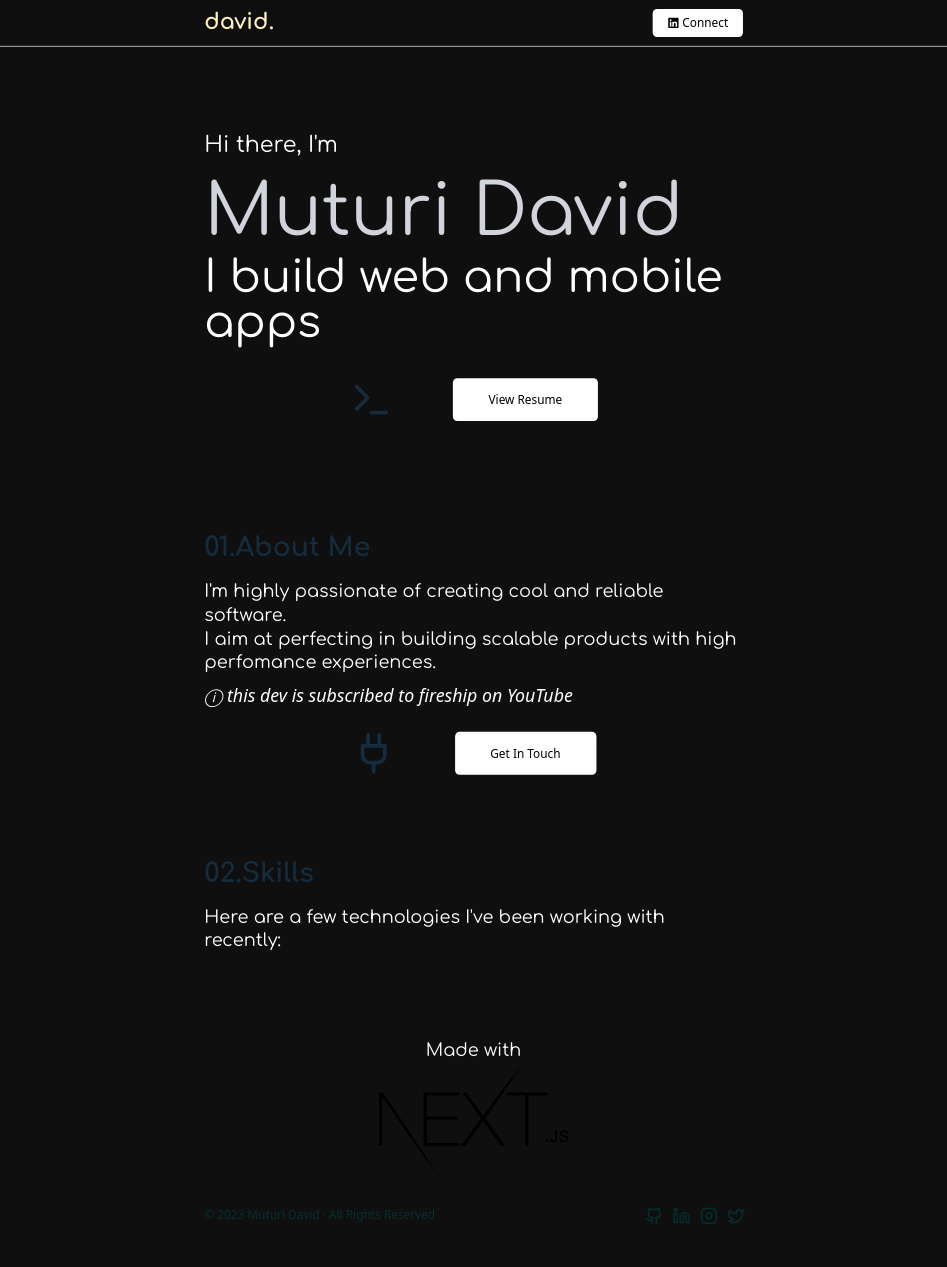
Repository: tushcmd/tushdev-portfolio
Page: /
The author's editor kept a copy of each file at every save. The page is drawn from the files as they stood at one save, then again after the next save.
The browser window is 1280 px wide. The pictures show the whole page, at 74% of full size.
The project was rebuilt for these pictures with package versions that can differ from the ones it lists, and the page was loaded fresh each time. The framework's server and built-in components were replaced by stand-ins that run in the browser. Also part of the build but not shown: next.config.js.

Above is the page before, as saved 2023-12-16 01:25:40.

After the next save:
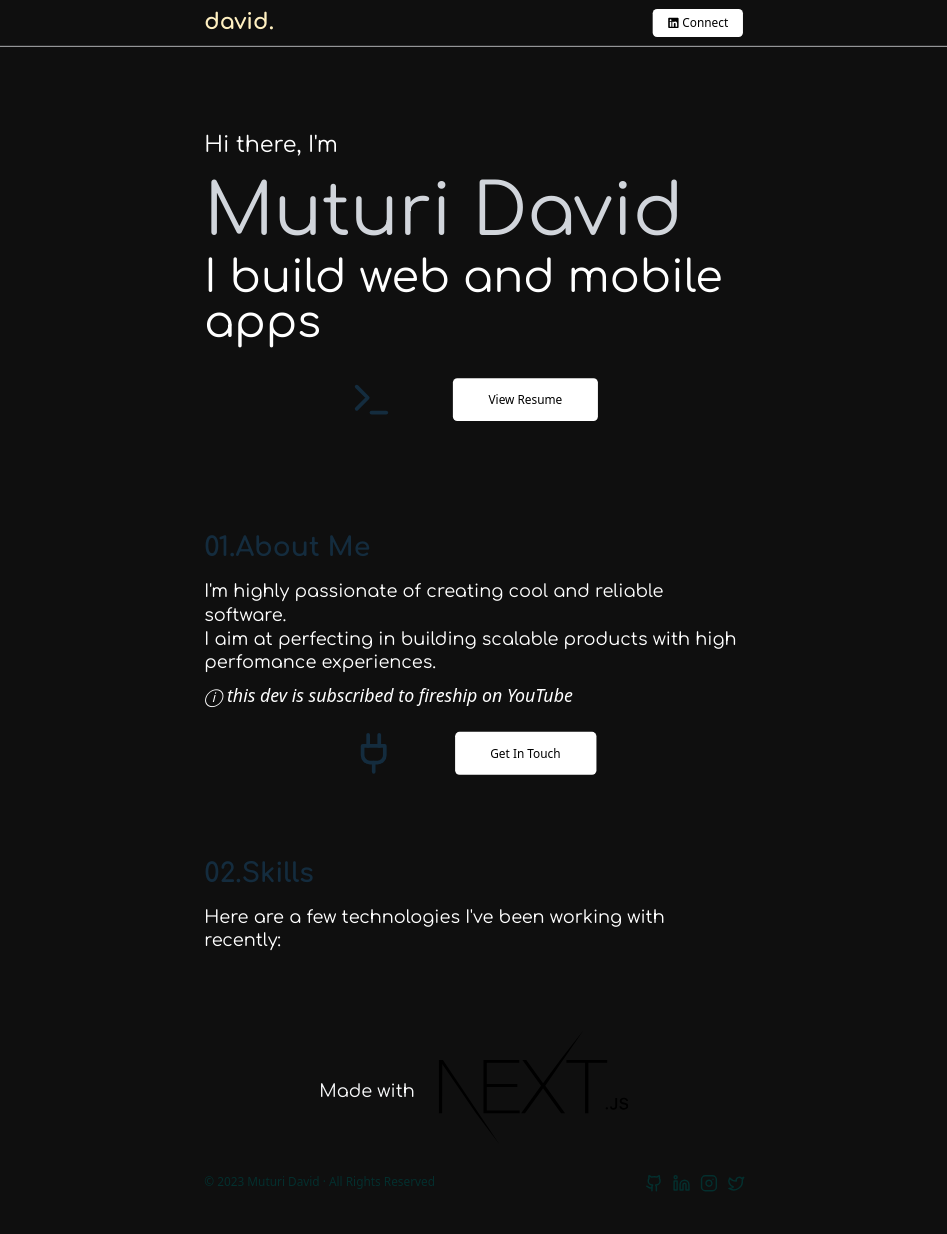
Saved 46 s later.
--- a/app/ui/footer.tsx
+++ b/app/ui/footer.tsx
@@ -7,7 +7,7 @@ import { comfortaa } from './fonts';
 export default async function Footer() {
   return (
     <section className='relative flex flex-col justify-center items-center pt-16 border-t-0'>
-      <div className='flex flex-col md:max-w-3xl items-center justify-center'>
+      <div className='flex flex-row md:max-w-3xl items-center gap-8 justify-center'>
         <p className={`${comfortaa.className} text-gray-50 text-2xl pt-3`}>Made with</p>
         <svg
           height='154.5'
